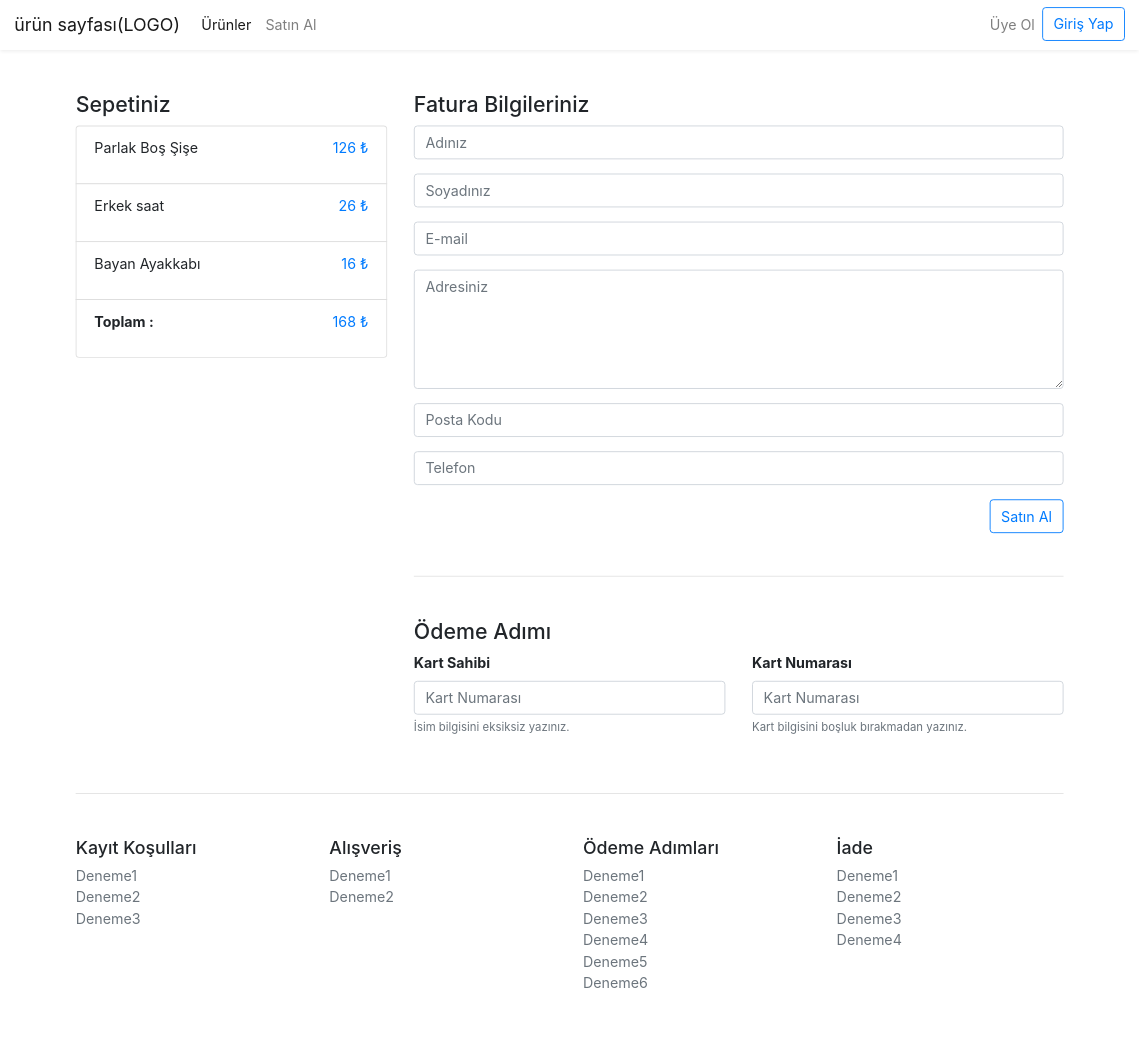
Repository: NergisAktug/E-Commerce-PythonWithFlask-Sqlite3
Page: templates/ödeme.html
These files come from the project's save history. The page is drawn as it stood at one moment and after the next save; the edit follows.
The browser window is 1280 px wide. The pictures show the whole page, at 89% of full size.

Above is the page before, as saved 2018-11-24 00:59:41.

After the next save:
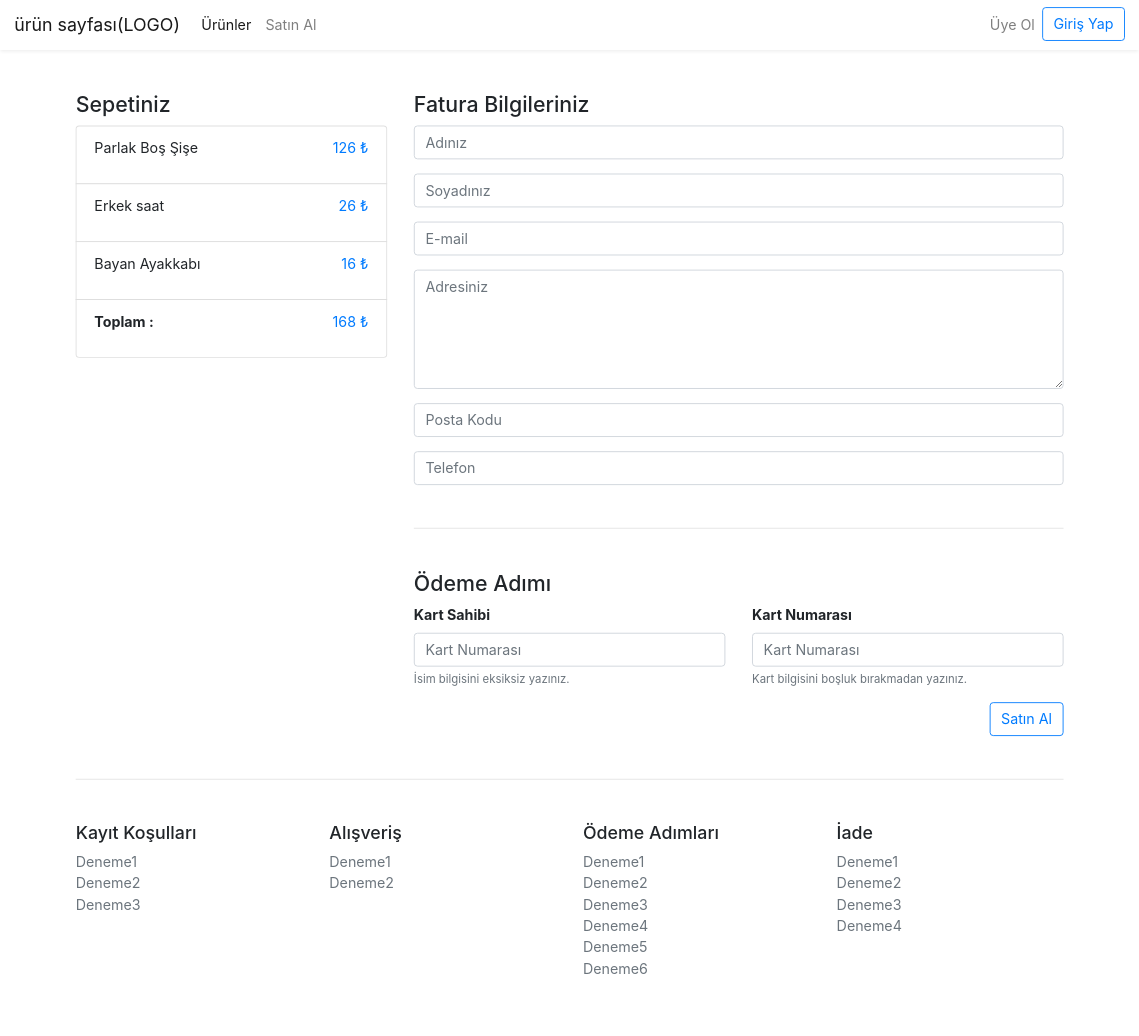
Saved 82 s later.
--- a/templates/ödeme.html
+++ b/templates/ödeme.html
@@ -82,10 +82,9 @@
                     <div class="form-group">
                        <input type="text" class="form-control" placeholder="Telefon" required>
                     </div>
-                    <div class="form-group">
-                        <button type="submit" class="btn btn-outline-primary float-right" required>Satın Al</button>
-                     </div>
+
                    <div class="clearfix"></div><hr class="my-5">
+
                    <h4>Ödeme Adımı</h4>
                    <div class="row">
                 <div class="col-md-6">
@@ -103,6 +102,9 @@
                   </div>
                     </div>
                    </div>
+                   <div class="form-group">
+                        <button type="submit" class="btn btn-outline-primary float-right" required>Satın Al</button>
+                     </div>
                </form>
         </div>
 
